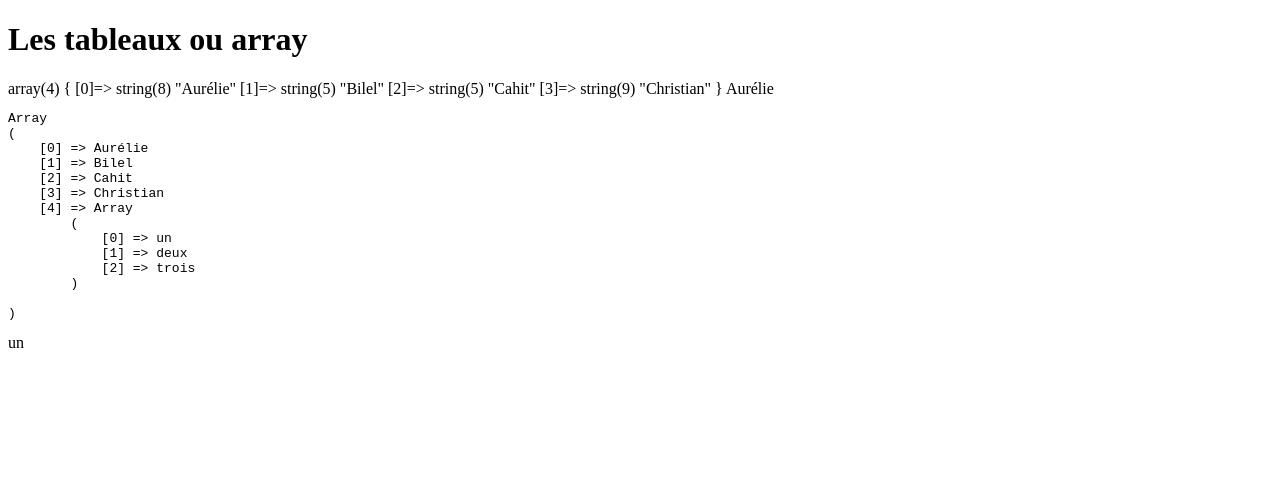
Repository: QuentinFayt/base-php-2021
Page: http://localhost/les_arrays.php
These files come from the project's save history. The page is drawn as it stood at one moment and after the next save; the edit follows.
The browser window is 1280 px wide. The pictures show the whole page.
The page is run by PHP 8.4 with error messages shown; the project is at /var/www/html/.

Above is the page before, as saved 2021-07-07 11:41:00.

### les_arrays.php
<!DOCTYPE html>
<html lang="en">
<head>
    <meta charset="UTF-8">
    <meta http-equiv="X-UA-Compatible" content="IE=edge">
    <meta name="viewport" content="width=device-width, initial-scale=1.0">
    <title>Les array</title>
</head>
<body>
    <h1>Les tableaux ou array</h1>
    <?php
        $eleves = array(
            "Aurélie",
            "Bilel",
            "Cahit",
            "Christian",
        );

        var_dump($eleves);

        echo $eleves[0];

        $eleves2 = [
            "Aurélie",
            "Bilel",
            "Cahit",
            "Christian",
                [
                    "un",
                    "deux",
                    "trois",
                ]
        ];
        echo "<pre>";
        print_r($eleves2);
        echo "</pre>";
        echo $eleves2[4][0];

    ?>
</body>
</html>

After the next save:
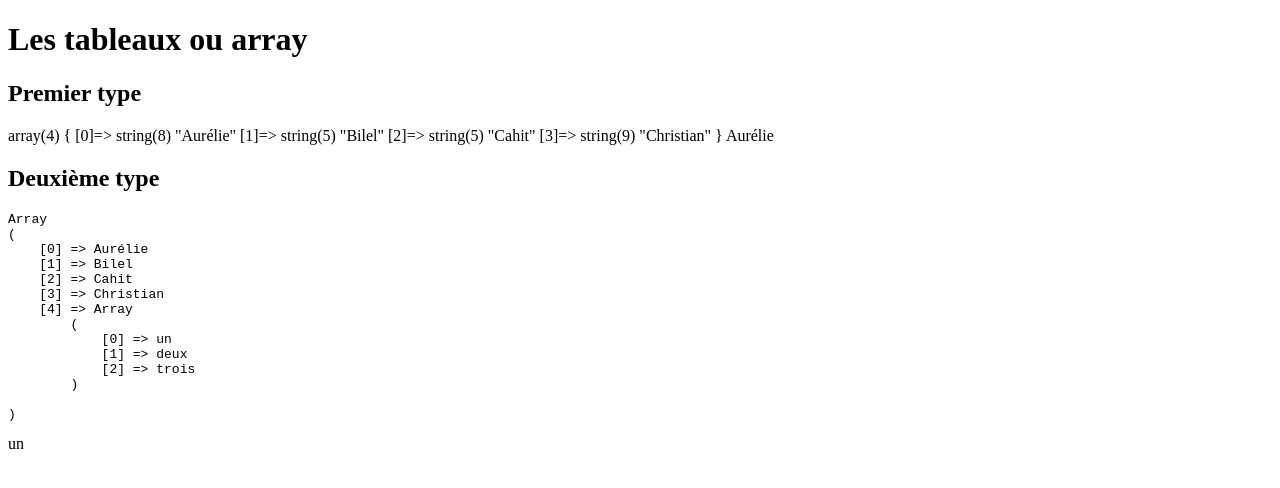
Saved 50 s later.
--- a/les_arrays.php
+++ b/les_arrays.php
@@ -8,6 +8,7 @@
 </head>
 <body>
     <h1>Les tableaux ou array</h1>
+    <h2>Premier type</h2>
     <?php
         $eleves = array(
             "Aurélie",
@@ -19,7 +20,9 @@
         var_dump($eleves);
 
         echo $eleves[0];
-
+    ?>
+    <h2>Deuxième type</h2>
+    <?php
         $eleves2 = [
             "Aurélie",
             "Bilel",
